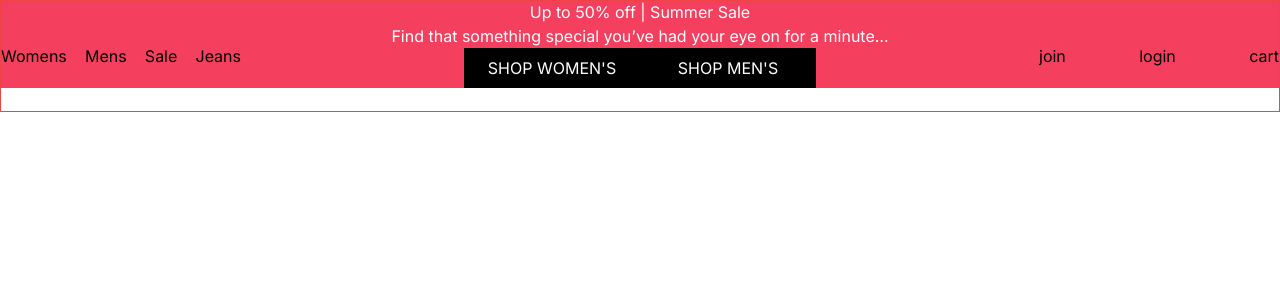
Repository: harrywebb21/stil-clothing
Page: /
An editor plug-in stored every save of this project. The page is shown before and after the next save, followed by the edit.
The browser window is 1280 px wide. The pictures show the whole page.
The project was rebuilt for these pictures with package versions that can differ from the ones it lists, and the page was loaded fresh each time. The framework's server and built-in components were replaced by stand-ins that run in the browser. Also part of the build but not shown: next.config.js.

Above is the page before, as saved 2023-06-08 16:00:27.

### src/app/page.js
"use client";
import Image from "next/image";
import Navbar from "./components/Navbar";
import SaleBox from "./components/SaleBox";

export default function Home() {
  return (
    <div>
      <Navbar />
      <SaleBox />
    </div>
  );
}

### src/app/components/Navbar.js
export default function Navbar() {
  return (
    <div className=" border border-red-500 h-28 flex justify-between items-center fixed w-screen">
      <ul className=" flex justify-between w-60">
        <li>
          <a href="/womens">Womens</a>
        </li>
        <li>
          <a href="/mens">Mens</a>
        </li>
        <li>
          <a href="/sale">Sale</a>
        </li>
        <li>
          <a href="/jeans">Jeans</a>
        </li>
      </ul>

      <ul className="flex justify-between w-60">
        <li>
          <a href="/join">join</a>
        </li>
        <li>
          <a href="/login">login</a>
        </li>
        <li>
          <a href="/cart">cart</a>
        </li>
      </ul>
    </div>
  );
}

### src/app/components/SaleBox.js
export default function SaleBox() {
  return (
    <div className="flex flex-col justify-center items-center w-60 bg-rose-500 text-white w-screen ">
      <h1> Up to 50% off | Summer Sale</h1>
      <p>Find that something special you’ve had your eye on for a minute…</p>
      <div className="gap-4 ">
        <button className="bg-black text-white px-4 py-2 text-center  w-44">
          SHOP WOMEN'S
        </button>
        <button className="bg-black text-white px-4 py-2  text-center w-44">
          SHOP MEN'S
        </button>
      </div>
    </div>
  );
}

Loaded but not shown: src/app/layout.js (common file); src/app/globals.css (common file); tailwind.config.js (common file)

After the next save:
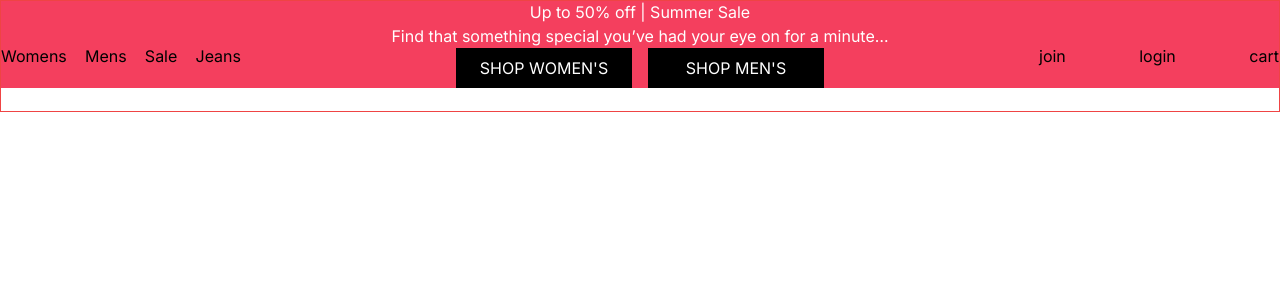
Saved 6 s later.
--- a/src/app/components/SaleBox.js
+++ b/src/app/components/SaleBox.js
@@ -3,7 +3,7 @@ export default function SaleBox() {
     <div className="flex flex-col justify-center items-center w-60 bg-rose-500 text-white w-screen ">
       <h1> Up to 50% off | Summer Sale</h1>
       <p>Find that something special you’ve had your eye on for a minute…</p>
-      <div className="gap-4 ">
+      <div className="gap-4 flex">
         <button className="bg-black text-white px-4 py-2 text-center  w-44">
           SHOP WOMEN'S
         </button>
